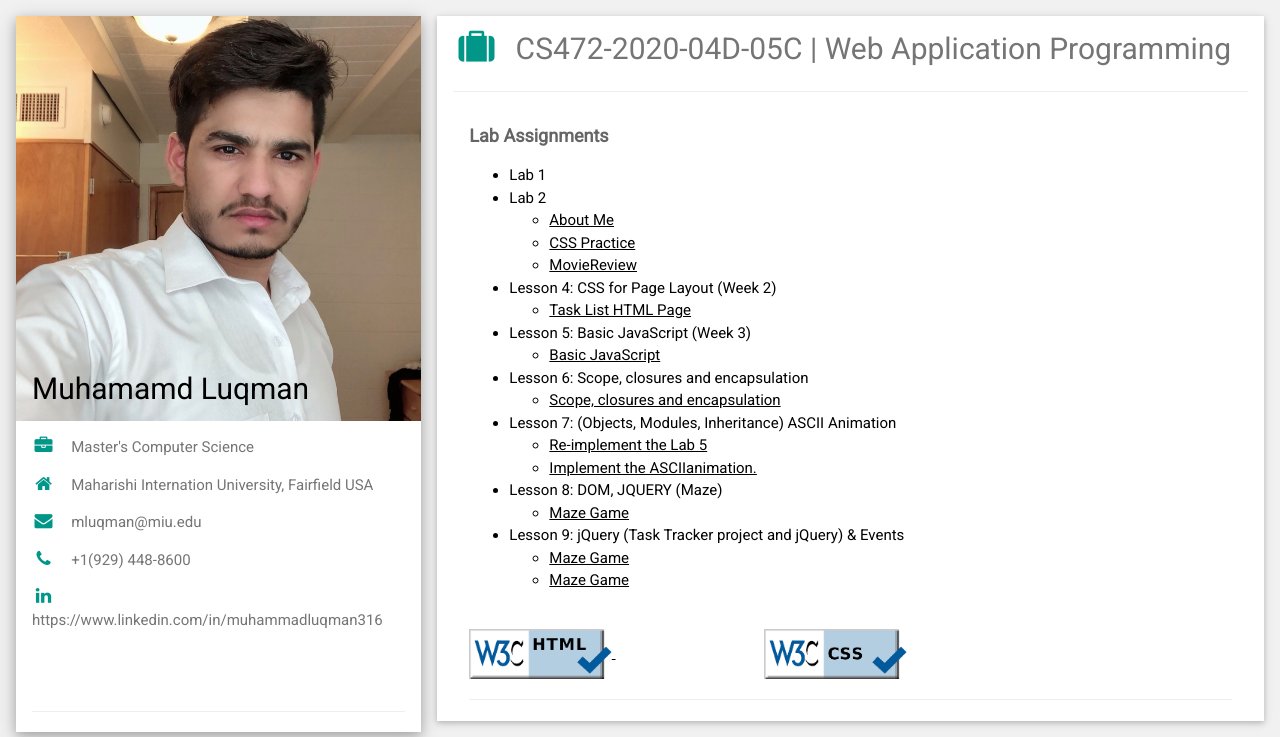
Repository: luqmang316/luqmang316.github.io
Page: index.html
The author's editor kept a copy of each file at every save. The page is drawn from the files as they stood at one save, then again after the next save.
The browser window is 1280 px wide. The pictures show the whole page.

Above is the page before, as saved 2021-08-08 13:30:52.

### index.html
<!DOCTYPE html>
<html lang="en">
<title>Home</title>
<meta charset="UTF-8">
<meta name="viewport" content="width=device-width, initial-scale=1">
<link rel="stylesheet" href="https://www.w3schools.com/w3css/4/w3.css">
<link rel='stylesheet' href='https://fonts.googleapis.com/css?family=Roboto'>
<link rel="stylesheet" href="https://cdnjs.cloudflare.com/ajax/libs/font-awesome/4.7.0/css/font-awesome.min.css">
<style>
    html,
    body,
    h1,
    h2,
    h3,
    h4,
    h5,
    h6 {
        font-family: "Roboto", sans-serif
    }
</style>

<body class="w3-light-grey">

    <!-- Page Container -->
    <div class="w3-content w3-margin-top" style="max-width:1400px;">

        <!-- The Grid -->
        <div class="w3-row-padding">

            <!-- Left Column -->
            <div class="w3-third">

                <div class="w3-white w3-text-grey w3-card-4">
                    <div class="w3-display-container">
                        <img src="./images/luqman.jpg" style="width:100%" alt="Avatar">
                        <div class="w3-display-bottomleft w3-container w3-text-black">
                            <h2>Muhamamd Luqman</h2>
                        </div>

                    </div>
                    <div class="w3-container">
                        <p><i class="fa fa-briefcase fa-fw w3-margin-right w3-large w3-text-teal"></i>Master's Computer Science</p>
                        <p><i class="fa fa-home fa-fw w3-margin-right w3-large w3-text-teal"></i>Maharishi Internation University, Fairfield USA</p>
                        <p><i class="fa fa-envelope fa-fw w3-margin-right w3-large w3-text-teal"></i>mluqman@miu.edu</p>
                        <p><i class="fa fa-phone fa-fw w3-margin-right w3-large w3-text-teal"></i>+1(929) 448-8600</p>
                        <p><i class="fa fa-linkedin fa-fw w3-margin-right w3-large w3-text-teal"></i>https://www.linkedin.com/in/muhammadluqman316</p>
                        <br>
                        <br>
                        <hr>
                    </div>
                </div>

                <!-- End Left Column -->
            </div>

            <!-- Right Column -->
            <div class="w3-twothird">

                <div class="w3-container w3-card w3-white w3-margin-bottom">
                    <h2 class="w3-text-grey w3-padding-12"><i class="fa fa-suitcase fa-fw w3-margin-right w3-xxlarge w3-text-teal"></i>CS472-2020-04D-05C | Web Application Programming</h2>
                    <hr>

                    <div class="w3-container">
                        <h5 class="w3-opacity"><b>Lab Assignments</b></h5>

                        <ul class="menu">
                            <li> Lab 1 </li>
                            <li> Lab 2
                                <ul class="inside">
                                    <li> <a href="aboutme.html">About Me</a></li>
                                    <li> <a href="CSSPractice/index.html">CSS Practice</a></li>
                                    <li> <a href="MovieReview/tmnt.html">MovieReview </a></li>
                                </ul>
                            </li>
                            <li>Lesson 4: CSS for Page Layout (Week 2)

                                <ul class="inside">
                                    <li> <a href="Tasklist/tasklist.html">Task List HTML Page</a></li>
                                </ul>
                            </li>
                            <li>Lesson 5: Basic JavaScript (Week 3)
                                <ul class="inside">
                                    <li> <a href="BasicJavaScript/BasicJavaScript.html">Basic JavaScript</a></li>
                                </ul>
                            </li>

                            <li>Lesson 6: Scope, closures and encapsulation
                                <ul class="inside">
                                    <li> <a href="ScopeClosuresEncapsulation/ScopeClosuresEncapsulation.html">Scope, closures and encapsulation</a></li>
                                </ul>

                            </li>

                            <li>Lesson 7: (Objects, Modules, Inheritance) ASCII Animation
                                <ul class="inside">
                                    <li> <a href="ReImplementLab5/ReImplementLab5.html">Re-implement the Lab 5</a></li>
                                    <li> <a href="ASCIImation_files/ASCIImation.html">Implement the ASCIIanimation.</a></li>
                                </ul>

                            </li>

                            <li>Lesson 8: DOM, JQUERY (Maze)
                                <ul class="inside">
                                    <li> <a href="MazeGame/Maze.html">Maze Game</a></li>
                                </ul>

                            </li>

                            <li>Lesson 9: jQuery (Task Tracker project and jQuery) & Events
                                <ul class="inside">
                                    <li> <a href="MazeGame/Maze.html">Maze Game</a></li>
                                    <li> <a href="MazeGame/Maze.html">Maze Game</a></li>
                                </ul>

                            </li>

                        </ul>
                        <br>

                        <i class="w3-hover-opacity">
            <a href="https://validator.w3.org/check/referer">
              <img src="./images/w3chtmlvalidlogo.png" alt="W3C HTML Validator" height="50">
            </a>
            </i>
                        <i> &nbsp; &nbsp; &nbsp; &nbsp; &nbsp; &nbsp; &nbsp; &nbsp; &nbsp; &nbsp;   &nbsp; &nbsp; &nbsp; &nbsp; &nbsp; &nbsp; &nbsp; &nbsp; &nbsp; &nbsp; </i>
                        <i class="w3-hover-opacity">
            <a href="https://jigsaw.w3.org/css-validator/check/referer">
              <img src="./images/w3ccssvalidlogo.png" alt="W3C HTML Validator" height="50">
            </a>
           </i>
                        <br>
                        <hr>
                    </div>

                </div>

                <!-- End Right Column -->
            </div>

            <!-- End Grid -->
        </div>

        <!-- End Page Container -->
    </div>


</body>

</html>

After the next save:
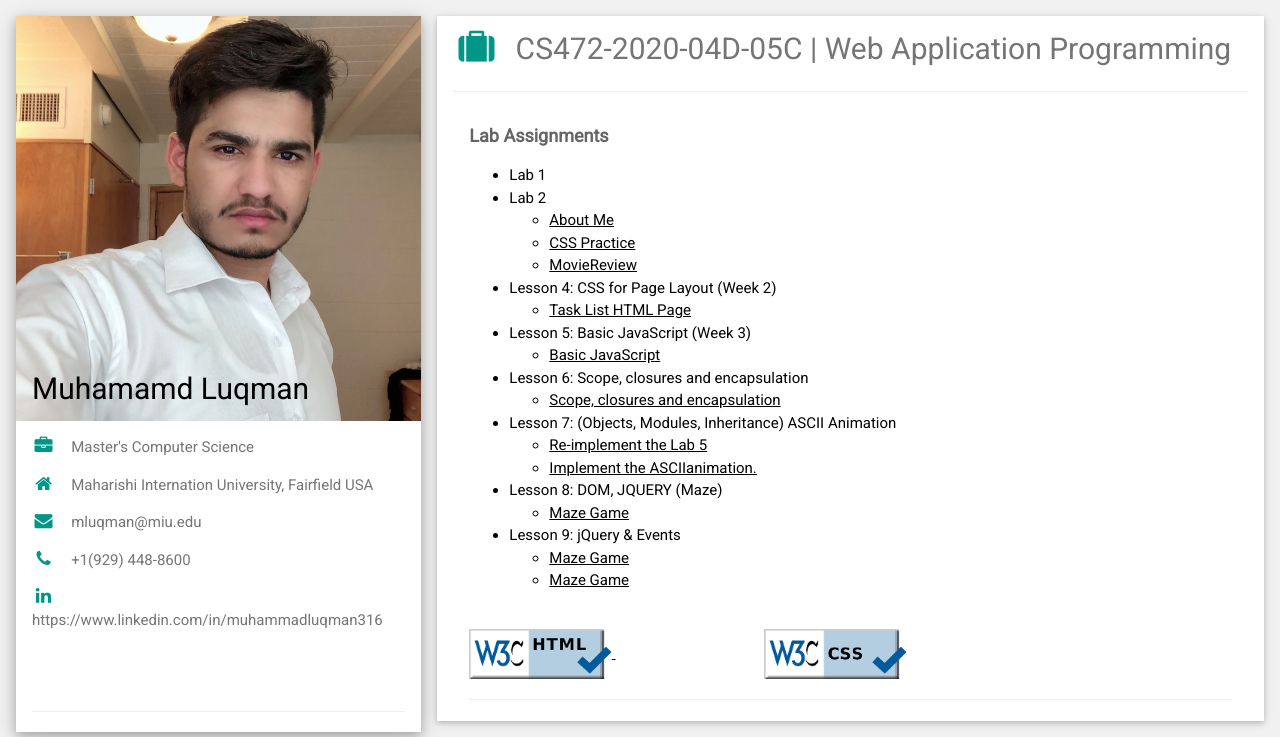
Saved 8 s later.
--- a/index.html
+++ b/index.html
@@ -106,7 +106,7 @@
 
                             </li>
 
-                            <li>Lesson 9: jQuery (Task Tracker project and jQuery) & Events
+                            <li>Lesson 9: jQuery & Events
                                 <ul class="inside">
                                     <li> <a href="MazeGame/Maze.html">Maze Game</a></li>
                                     <li> <a href="MazeGame/Maze.html">Maze Game</a></li>
